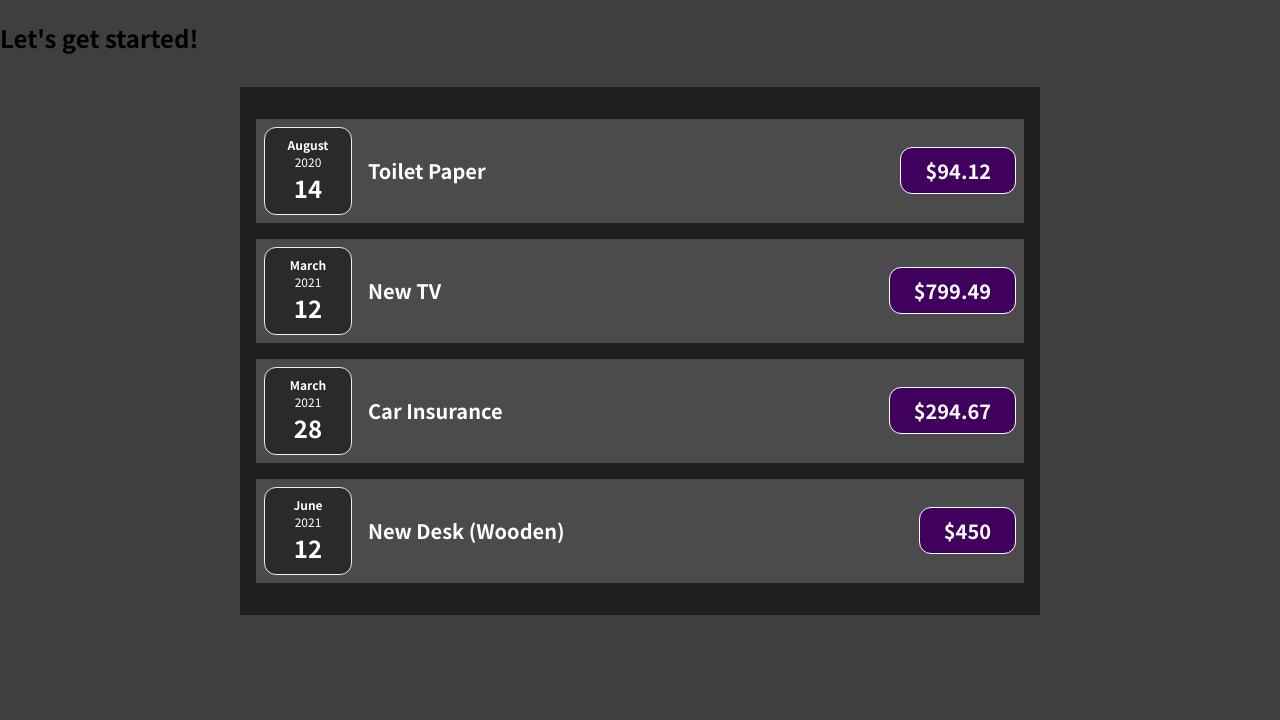
Repository: Dark-Developer93/react-complete-guide
Page: /
These files come from the project's save history. The page is drawn as it stood at one moment and after the next save; the edit follows.
The browser window is 1280 px wide. The pictures show the whole page.
The project was rebuilt for these pictures with package versions that can differ from the ones it lists, and the page was loaded fresh each time. Also part of the build but not shown: src/components/Card.css.

Above is the page before, as saved 2022-11-04 17:22:43.

### src/App.js
import Expenses from "./components/Expenses";

function App() {
  const expenses = [
    {
      id: "e1",
      title: "Toilet Paper",
      amount: 94.12,
      date: new Date(2020, 7, 14),
    },
    { id: "e2", title: "New TV", amount: 799.49, date: new Date(2021, 2, 12) },
    {
      id: "e3",
      title: "Car Insurance",
      amount: 294.67,
      date: new Date(2021, 2, 28),
    },
    {
      id: "e4",
      title: "New Desk (Wooden)",
      amount: 450,
      date: new Date(2021, 5, 12),
    },
  ];
  return (
    <div>
      <h2>Let's get started!</h2>
      <Expenses item={expenses} />
    </div>
  );
}

export default App;

### src/components/Expenses.js
import "./Expenses.css";
import ExpenseItem from "./ExpenseItem";

const Expenses = (props) => {
  return (
    <div className="expenses">
      {props.item.map((expense) => {
        return (
          <ExpenseItem
            key={expense.id}
            title={expense.title}
            amount={expense.amount}
            date={expense.date}
          />
        );
      })}
    </div>
  );
};

export default Expenses;

### src/components/ExpenseItem.js
import "./ExpenseItem.css";
import ExpenseDate from "./ExpenseDate";

const ExpenseItem = (props) => {
  const { title, amount, date } = props;
  return (
    <div className="expense-item">
      <ExpenseDate date={date} />
      <div className="expense-item__description">
        <h2>{title}</h2>
        <div className="expense-item__price">${amount}</div>
      </div>
    </div>
  );
};

export default ExpenseItem;

### src/components/ExpenseItem.css
.expense-item {
  display: flex;
  justify-content: space-between;
  align-items: center;
  padding: 0.5rem;
  margin: 1rem 0;
  background-color: #4b4b4b;
}

.expense-item__description {
  display: flex;
  flex-direction: column;
  gap: 1rem;
  align-items: flex-end;
  flex-flow: column-reverse;
  justify-content: flex-start;
  flex: 1;
}

.expense-item h2 {
  color: #3a3a3a;
  font-size: 1rem;
  flex: 1;
  margin: 0 1rem;
  color: white;
}

.expense-item__price {
  font-size: 1rem;
  font-weight: bold;
  color: white;
  background-color: #40005d;
  border: 1px solid white;
  padding: 0.5rem;
  border-radius: 12px;
}

@media (min-width: 580px) {
  .expense-item__description {
    flex-direction: row;
    align-items: center;
    justify-content: flex-start;
    flex: 1;
  }

  .expense-item__description h2 {
    font-size: 1.25rem;
  }

  .expense-item__price {
    font-size: 1.25rem;
    padding: 0.5rem 1.5rem;
  }
}

### src/components/ExpenseDate.js
import "./ExpenseDate.css";
const ExpenseDate = (props) => {
  const month = props.date.toLocaleDateString("en-US", { month: "long" });
  const year = props.date.toLocaleDateString("en-US", { year: "numeric" });
  const day = props.date.toLocaleDateString("en-US", { day: "numeric" });
  return (
    <div className="expense-date">
      <div className="expense-date__month">{month}</div>
      <div className="expense-date__year">{year}</div>
      <div className="expense-date__day">{day}</div>
    </div>
  );
};

export default ExpenseDate;

### src/components/Card.js
import "./Card.css";

const Card = (props) => {
  const classes = "card" + props.className;
  return <div className={classes}>{props.children}</div>;
};

export default Card;

Loaded but not shown: public/index.html (common file); src/index.js (common file); src/index.css (common file); src/components/Expenses.css (common file); src/components/ExpenseDate.css (common file)

After the next save:
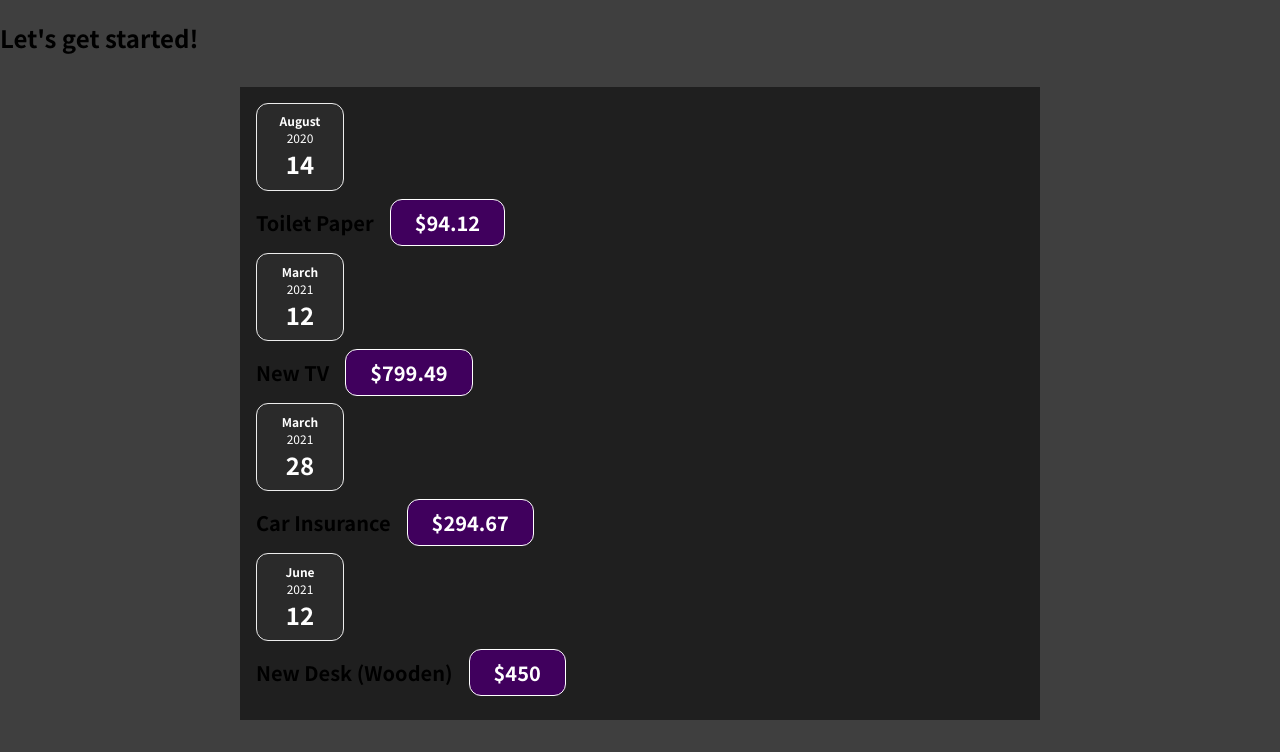
Saved 21 s later.
--- a/src/components/ExpenseItem.js
+++ b/src/components/ExpenseItem.js
@@ -1,16 +1,17 @@
 import "./ExpenseItem.css";
 import ExpenseDate from "./ExpenseDate";
+import Card from "./Card";
 
 const ExpenseItem = (props) => {
   const { title, amount, date } = props;
   return (
-    <div className="expense-item">
+    <Card className="expense-item">
       <ExpenseDate date={date} />
       <div className="expense-item__description">
         <h2>{title}</h2>
         <div className="expense-item__price">${amount}</div>
       </div>
-    </div>
+    </Card>
   );
 };
 
